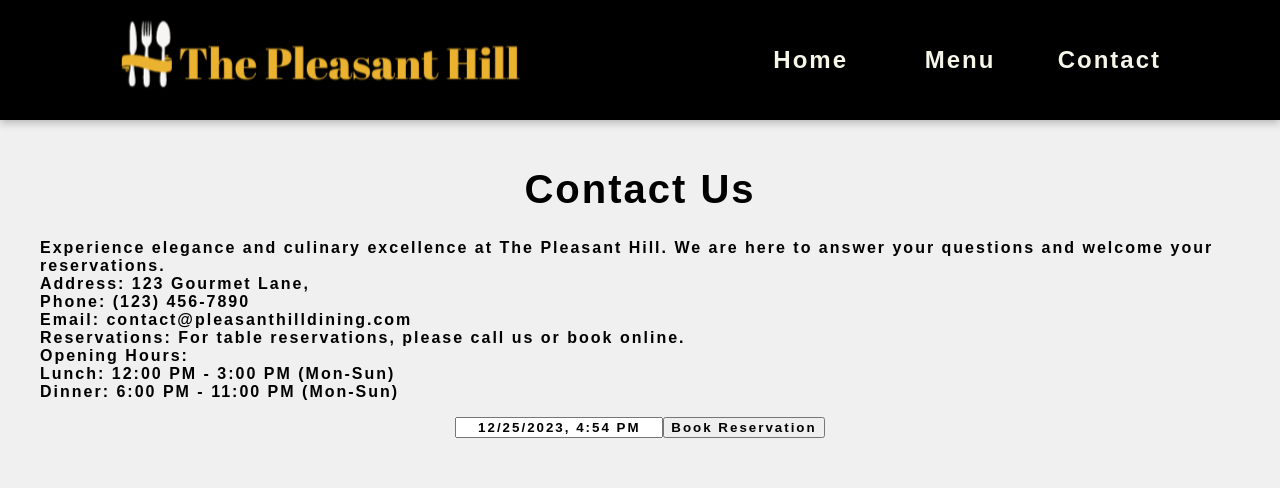
Repository: shayanabedi98/pleasant-hill-restaurant
Page: /, after clicking the first element matching `ul > :nth-child(3)`
These files come from the project's save history. The page is drawn as it stood at one moment and after the next save; the edit follows.
The browser window is 1280 px wide. The pictures show the part of the page from y = 0 to 488 px (the page is 1010 px tall).
Pictures or frames that could not be fetched are drawn as grey boxes. Some web fonts or font styles are not loaded; a fallback is used. The project was rebuilt for these pictures with package versions that can differ from the ones it lists, and the page was loaded fresh each time. Also part of the build but not shown: vite.config.js, src/components/MenuList.jsx, src/components/Appetizers.jsx, src/components/Entrees.jsx, src/components/Desserts.jsx, src/components/Drinks.jsx, src/components/Menu.jsx, src/index.css.

Above is the page before, as saved 2024-01-08 16:10:05.

After the next save:
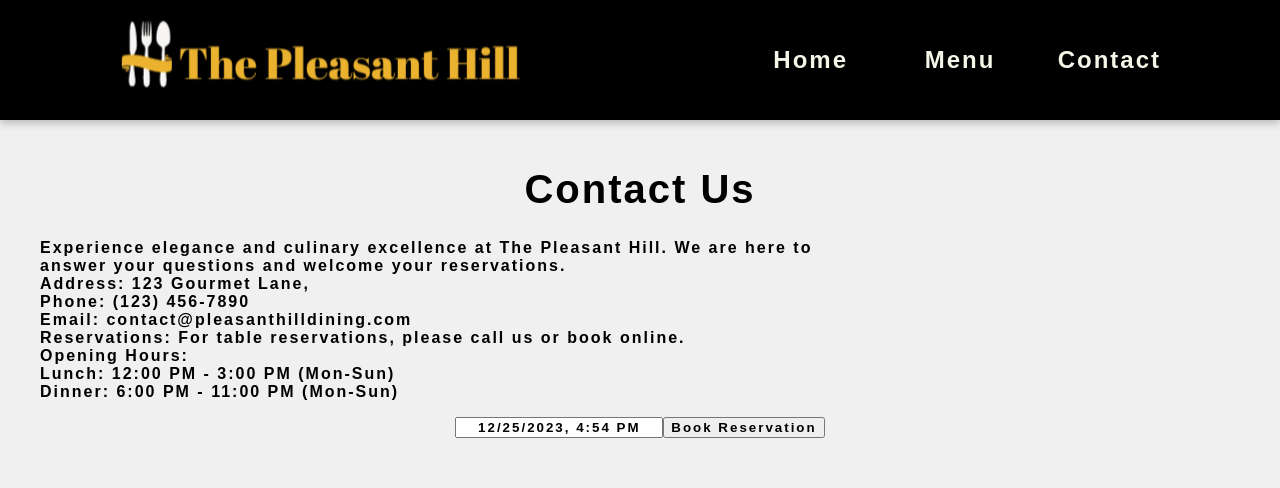
Saved 18 s later.
--- a/src/App.css
+++ b/src/App.css
@@ -204,6 +204,7 @@ body {
 
 .contact p {
   text-align: start;
+  width: 800px;
 }
 
 /* Style the calendar container */
